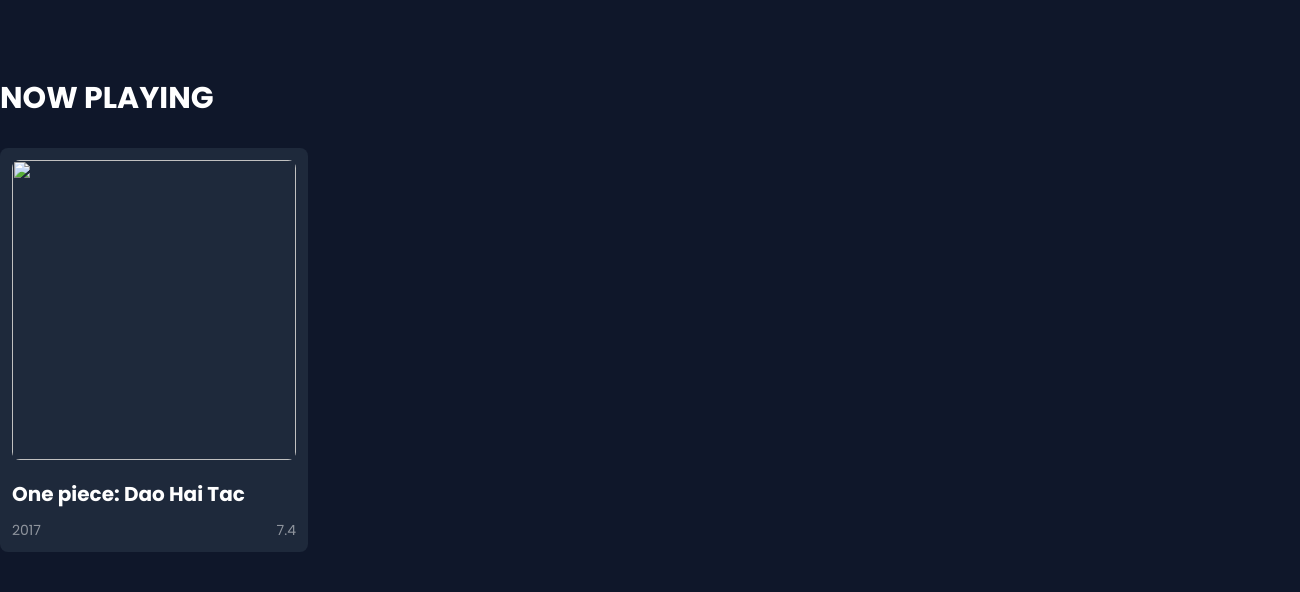
Repository: HoangLong0210/MovieWithTheMovieDb
Page: /
These files come from the project's save history. The page is drawn as it stood at one moment and after the next save; the edit follows.
The browser window is 1280 px wide. The page is 1300 px wide, so the pictures cover 1300 px, including what lies to the right of the window. The pictures show the part of the page from y = 624 to 1256 px (the page is 1216 px tall before and 1256 px after).
The project was rebuilt for these pictures with package versions that can differ from the ones it lists, and the page was loaded fresh each time.

Above is the page before, as saved 2023-04-27 11:21:59.

### public/index.html
<!DOCTYPE html>
<html lang="en">
  <head>
    <meta charset="utf-8" />
    <link rel="icon" href="%PUBLIC_URL%/favicon.ico" />
    <meta name="viewport" content="width=device-width, initial-scale=1" />
    <meta name="theme-color" content="#000000" />
    <meta
      name="description"
      content="Web site created using create-react-app"
    />
    <link rel="apple-touch-icon" href="%PUBLIC_URL%/logo192.png" />
    <!--
      manifest.json provides metadata used when your web app is installed on a
      user's mobile device or desktop. See https://developers.google.com/web/fundamentals/web-app-manifest/
    -->
    <link rel="manifest" href="%PUBLIC_URL%/manifest.json" />
    <link rel="preconnect" href="https://fonts.googleapis.com" />
    <link rel="preconnect" href="https://fonts.gstatic.com" crossorigin />
    <link
      href="https://fonts.googleapis.com/css2?family=Poppins:wght@400;500;700;800;900&display=swap"
      rel="stylesheet"
    />

    <!--
      Notice the use of %PUBLIC_URL% in the tags above.
      It will be replaced with the URL of the `public` folder during the build.
      Only files inside the `public` folder can be referenced from the HTML.

      Unlike "/favicon.ico" or "favicon.ico", "%PUBLIC_URL%/favicon.ico" will
      work correctly both with client-side routing and a non-root public URL.
      Learn how to configure a non-root public URL by running `npm run build`.
    -->
    <title>React App</title>
  </head>
  <body>
    <noscript>You need to enable JavaScript to run this app.</noscript>
    <div id="root"></div>
    <!--
      This HTML file is a template.
      If you open it directly in the browser, you will see an empty page.

      You can add webfonts, meta tags, or analytics to this file.
      The build step will place the bundled scripts into the <body> tag.

      To begin the development, run `npm start` or `yarn start`.
      To create a production bundle, use `npm run build` or `yarn build`.
    -->
  </body>
</html>

### src/index.scss
@tailwind base;
@tailwind components;
@tailwind utilities;

@layer base {
  body {
    @apply bg-slate-900 font-body;
  }
}

@layer components {
  .page-container {
    max-width: 1280px;
    @apply mx-auto;
  }
  .page-container-fluid {
    max-width: 1440px;
    @apply mx-auto;
  }
}

### src/App.js
import { Fragment } from "react";
import { NavLink } from "react-router-dom";

function App() {
  return (
    <Fragment>
      <header className="header flex items-center justify-center gap-x-5 py-10 text-white mb-5">
        <NavLink className="text-primary">Home</NavLink>
        <NavLink>Movie</NavLink>
      </header>
      <section className="banner h-[500px] page-container mb-20">
        <div className="w-full h-full rounded-lg relative">
          <div className="overlay absolute inset-0 bg-gradient-to-t from-[rgba(0,0,0,0.5)] to-[rgba(0,0,0,0.5)] rounded-lg"></div>
          <img
            src="https://pic0.iqiyipic.com/image/20211206/f2/2e/a_100421840_m_601_en_m1_1013_638.jpg"
            alt=""
            className="w-full h-full object-cover rounded-lg"
          />
          <div className="absolute left-5 bottom-5 w-full text-white">
            <h2 className="font-bold text-3xl mb-5">One Piece - VUA HAI TAC</h2>
            <div className="flex items-center gap-x-3 mb-8">
              <span className="py-2 px-4 border border-white rounded-md">
                Phieu luu
              </span>
              <span className="py-2 px-4 border border-white rounded-md">
                Phieu luu
              </span>
              <span className="py-2 px-4 border border-white rounded-md">
                Phieu luu
              </span>
            </div>
            <button className="py-3 px-6 rounded-lg text-white font-medium bg-primary">
              Watch Now
            </button>
          </div>
        </div>
      </section>
      <section className="movie-layout page-container-fluid pb-10 text-white">
        <h2 className="capitalize text-white mb-8 text-3xl font-bold">
          NOW PLAYING
        </h2>
        <div className="movie-list grid grid-cols-4 gap-4">
          <div className="movie-card rounded-lg p-3 bg-slate-800">
            <img
              src=""
              alt=""
              className="w-full h-[300px] object-cover rounded-lg mb-5"
            />
            <h3 className="text-white text-xl font-bold mb-3">
              One piece: Dao Hai Tac
            </h3>
            <div className="flex items-center justify-between text-sm opacity-50">
              <span>2017</span>
              <span>7.4</span>
            </div>
          </div>
        </div>
      </section>
    </Fragment>
  );
}

export default App;

### tailwind.config.js
/** @type {import('tailwindcss').Config} */
module.exports = {
  content: ["./src/**/*.{js,jsx,ts,tsx}"],
  theme: {
    extend: {
      fontFamily: {
        body: ["Poppins", "sans-serif"],
      },
      colors: {
        primary: "#F62682",
      },
    },
  },
  plugins: [],
};

Loaded but not shown: src/index.js (common file); src/reportWebVitals.js (common file)

After the next save:
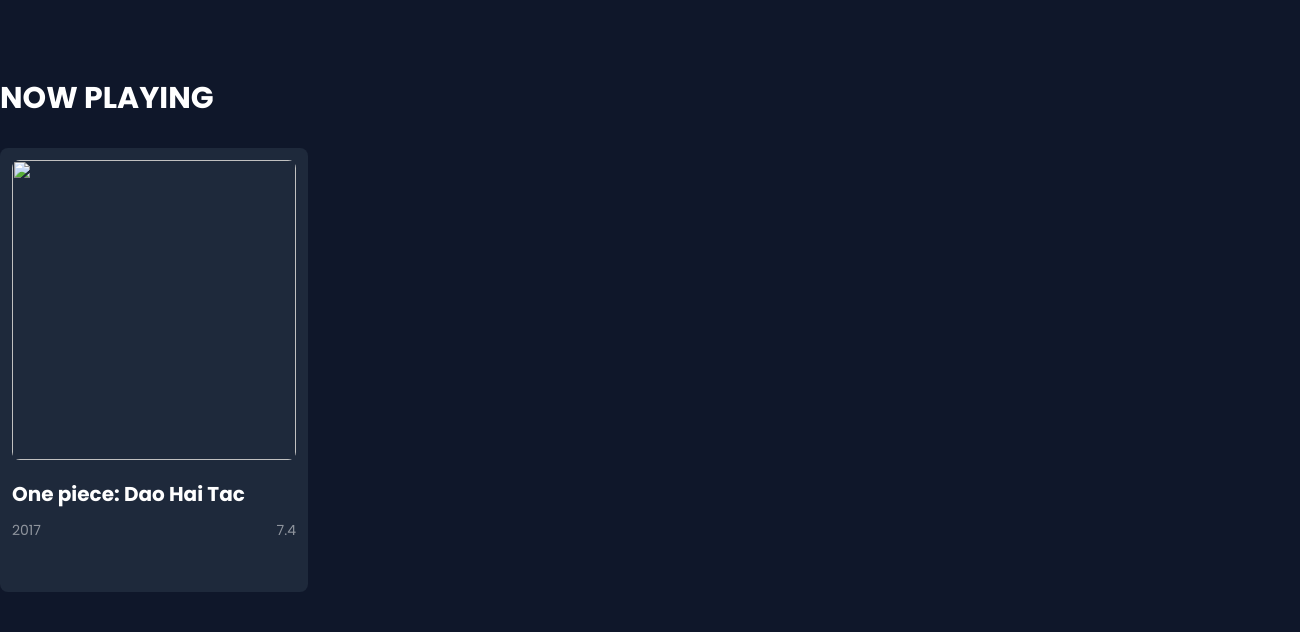
Saved 29 s later.
--- a/src/App.js
+++ b/src/App.js
@@ -49,7 +49,7 @@
             <h3 className="text-white text-xl font-bold mb-3">
               One piece: Dao Hai Tac
             </h3>
-            <div className="flex items-center justify-between text-sm opacity-50">
+            <div className="flex items-center justify-between text-sm opacity-50 mb-10">
               <span>2017</span>
               <span>7.4</span>
             </div>
